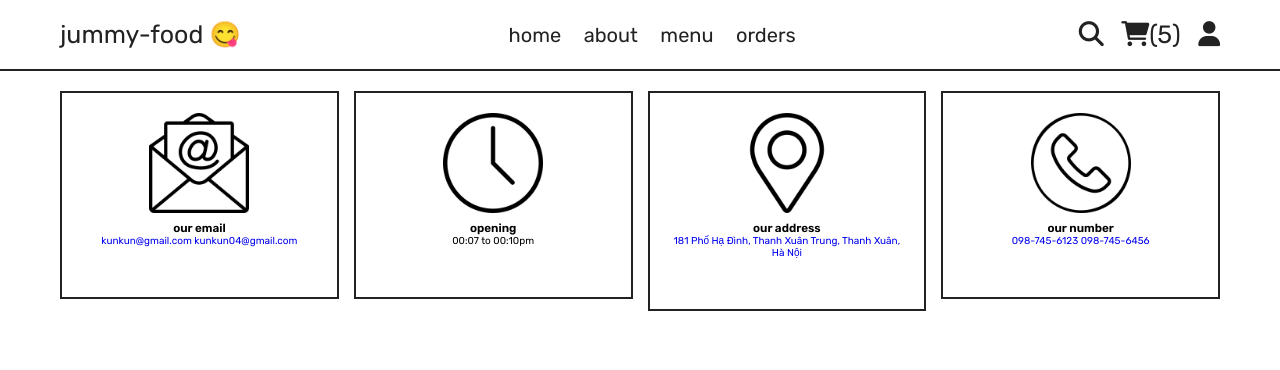
Repository: VuongLinhDinh/jummy_food
Page: home.html
These files come from the project's save history. The page is drawn as it stood at one moment and after a run of saves; the edit follows.
The browser window is 1280 px wide. The pictures show the whole page.
Some web libraries are served in a nearby version.

Above is the page before, as saved 2023-11-07 15:58:36.

After the next 2 saves:
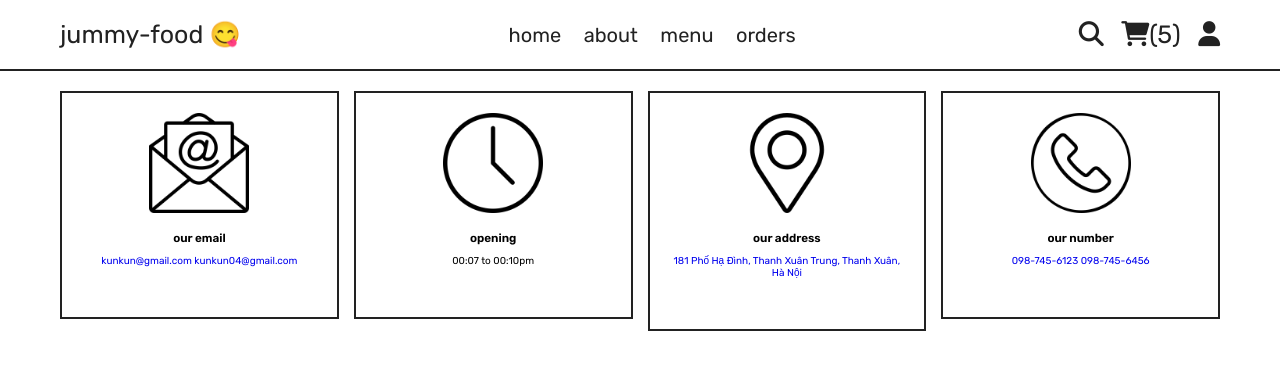
The 2 saves are shown as one change because they came seconds apart.
The last was saved 7 s later.
--- a/css/style.css
+++ b/css/style.css
@@ -198,6 +198,7 @@ section {
     margin-bottom: .5rem;
 }
 .footer .grid .box h3 {
+    margin: 1rem 0;
 
 }
 
